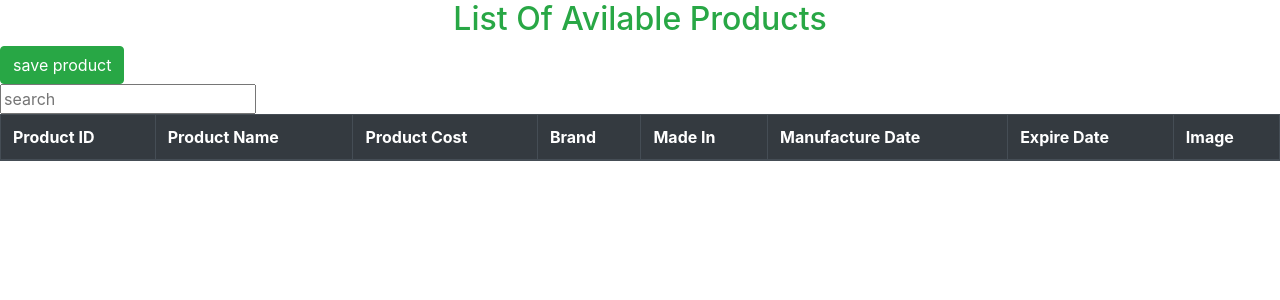
Repository: kamisettiprasanna/AdvJavaPrograms
Page: http://localhost/ProductManagementApp/productList.jsp
An editor plug-in stored every save of this project. The page is shown before and after the next save, followed by the edit.
The browser window is 1280 px wide. The pictures show the whole page.
The page is served by Tomcat 9. Other server files are loaded and not shown. Queries for data that is not in the repository find no rows.

Above is the page before, as saved 2024-03-06 06:47:07.

### ProductManagementApp/src/main/webapp/productList.jsp
<%@page import="com.sathya.servlet.*" import="java.util.Base64"%>
<%@ page language="java" contentType="text/html"%>
<%@taglib uri="http://java.sun.com/jsp/jstl/core" prefix="c" %>


<html>
<head>

<title>Product List</title>
<!-- BootStract CDN link to Get the Support of BootStrap-->

<link rel="stylesheet" href="https://stackpath.bootstrapcdn.com/bootstrap/4.5.2/css/bootstrap.min.css">

</head>
<body>
<div>
        <h2 class="text-center text-success font-italic........">List Of Avilable Products  </h2>
    </div>

   <div>
 <input type="submit" class="btn btn-success" value="save product"/>
 </div>

<div>
<input type="text" placeholder="search">
</div>

<table class="table table-bordered table-striped">

<thead class="thead-dark">
	<tr>

		<th>Product ID</th>
		<th>Product Name</th>
		<th>Product Cost</th>
		<th>Brand</th>
		<th>Made In</th>
		<th>Manufacture Date</th>
		<th>Expire Date</th>
		<th>Image</th>

	</tr>
</thead>

<tbody>
	<c:forEach var="product" items="<%=new ProductDao().findAll()%>">

		<tr>
			<td>${product.proId}</td>
			<td>${product.proName}</td>
			<td>${product.proPrice}</td>
			<td>${product.proBrand}</td>
			<td>${product.promadeIn}</td>
			<td>${product.promDate}</td>
			<td>${product.promeDate}</td>
			<td><img src="data:[embedded picture, 78 characters]" alt="ProductImage" style="max-width: 100px; max-height:100px;"></td>
       </tr>


	</c:forEach>
</tbody>


</table>

</body>
</html>

### ProductManagementApp/src/main/java/com/sathya/servlet/ProductDao.java
package com.sathya.servlet;

	import java.sql.Connection;
	import java.sql.PreparedStatement;
import java.sql.ResultSet;
import java.sql.SQLException;
import java.sql.Statement;
import java.util.ArrayList;
import java.util.List;

	public class ProductDao {
		public int save(Product_data product) throws SQLException
		{
			Connection connection=null;
			PreparedStatement preparedStatement=null;
			int saveResult=0;
			try
			{
				connection=DBconnection.createConnection();
				preparedStatement=connection.prepareStatement("INSERT INTO Product_data VALUES(?,?,?,?,?,?,?,?)");

				preparedStatement.setInt(1, product.getProId());
				preparedStatement.setString(2, product.getProName());
				preparedStatement.setDouble(3, product.getProPrice());
				preparedStatement.setString(4, product.getProBrand());
				preparedStatement.setString(5, product.getPromadeIn());
				preparedStatement.setDate(6, product.getPromDate());
				preparedStatement.setDate(7, product.getPromeDate());
				preparedStatement.setBytes(8, product.getProImage());
				saveResult = preparedStatement.executeUpdate();
		    }
			catch(SQLException e)
			{
				e.printStackTrace();
			}
			finally
			{
				if(preparedStatement!=null)
	                  preparedStatement.close();
				if(connection!=null)
	                 connection.close();
			}
			return saveResult;
	  	}



		public List<Product_data> findAll() {


				List<Product_data> products=new ArrayList<Product_data>();
				try(Connection connection=DBconnection.createConnection();
						Statement statement=connection.createStatement()){
					//execute the query
					ResultSet resultset=statement.executeQuery("select * from Product_data");

					while(resultset.next())
					{
						Product_data product=new Product_data();

						product.setProId(resultset.getInt("proId"));
						product.setProName(resultset.getString("proName"));
						product.setProPrice(resultset.getDouble("proPrice"));
						product.setProBrand(resultset.getString("proBrand"));
						product.setPromadeIn(resultset.getString("promadeIn"));
						product.setPromDate(resultset.getDate("promDate"));
						product.setPromeDate(resultset.getDate("promeDate"));
						product.setProImage(resultset.getBytes("proImage"));

				        products.add(product);

				}

			}
				catch(SQLException e) {
					e.printStackTrace();
				}
			return products;
	 }
	}

### ProductManagementApp/src/main/java/com/sathya/servlet/DBconnection.java
package com.sathya.servlet;

import java.sql.Connection;
import java.sql.DriverManager;
import java.sql.SQLException;

public class DBconnection {

	public static Connection createConnection() {
		// TODO Auto-generated method stub
		Connection connection1=null;
		try {
			Class.forName("oracle.jdbc.driver.OracleDriver");
			connection1=DriverManager.getConnection("jdbc:oracle:thin:@localhost:1521:xe","prasanna","prasanna");
		}
		catch(ClassNotFoundException | SQLException e) {
			e.printStackTrace();
		}
		return connection1;

	}

}

After the next save:
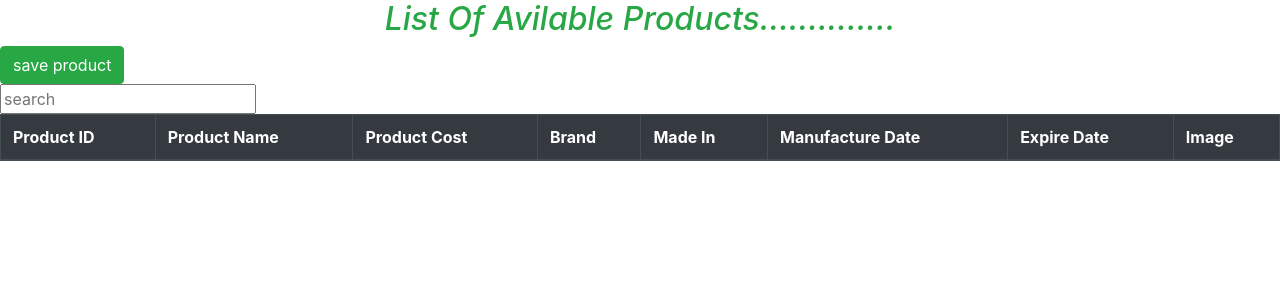
Saved 33 s later.
--- a/ProductManagementApp/src/main/webapp/productList.jsp
+++ b/ProductManagementApp/src/main/webapp/productList.jsp
@@ -14,7 +14,7 @@
 </head>
 <body>
 <div>
-        <h2 class="text-center text-success font-italic........">List Of Avilable Products  </h2>
+        <h2 class="text-center text-success font-italic ">List Of Avilable Products.............. </h2>
     </div>
 
    <div>
